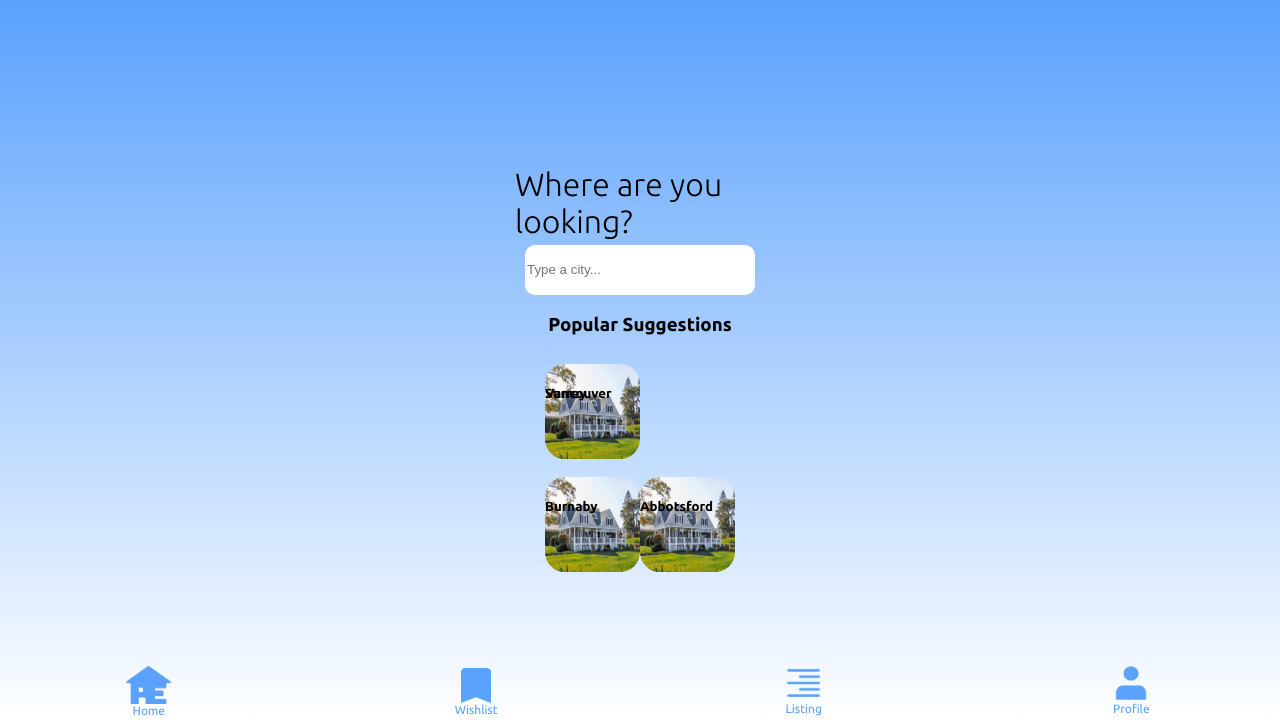
Repository: msyukurrr/realeasy
Page: /listing
These files come from the project's save history. The page is drawn as it stood at one moment and after a run of saves; the edit follows.
The browser window is 1280 px wide. The pictures show the whole page.
The project was rebuilt for these pictures with package versions that can differ from the ones it lists, and the page was loaded fresh each time. The framework's server and built-in components were replaced by stand-ins that run in the browser. Also part of the build but not shown: next.config.js, components/Button.js.

Above is the page before, as saved 2023-01-27 20:39:23.

### pages/listing.js
import Heading from "../components/Heading";
import NavBar from "../components/NavBar";
import styles from "../styles/Home.module.css"
import MainButton from "../components/Button.js";
import styled from "styled-components";



export default function Listing({

}){
    return(
        <><div className={styles.listing}>

        <Heading headingtxt="Where are you looking?"/>

        <input placeholder="Type a city..." style={{width:230, height:50, borderRadius:10, backgroundColor:"white", border:'transparent'}}></input>

        <h3>Popular Suggestions</h3>

    <div>

        <div style={{display:'flex', flexDirection:'row', paddingTop:10, paddingBottom:15}}>
            <div>
                <h5 style={{display:'flex', position:'absolute'}}>Vancouver</h5>

            </div>

            <div>
                <h5 style={{display:'flex', position:'absolute'}}>Surrey</h5>
                <img src="house.png" style={{width:95, height:95, borderRadius:20}}/>

            </div>
        </div>

        <div style={{display:'flex', flexDirection:'row'}}>
            <div>
                <h5 style={{display:'flex', position:'absolute'}}>Burnaby</h5>
                <img src="house.png" style={{width:95, height:95, borderRadius:20}}/>

            </div>

            <div>
                <h5 style={{display:'flex', position:'absolute'}}>Abbotsford</h5>
                <img src="house.png" style={{width:95, height:95, borderRadius:20}}/>

            </div>
        </div>

    </div>






        </div>
        <NavBar></NavBar>

        </>
    )
}

### styles/globals.css
@import url('https://fonts.googleapis.com/css2?family=Ubuntu:ital,wght@0,300;0,400;0,500;0,700;1,300;1,400;1,500;1,700&display=swap');

html,
body {
  padding: 0;
  margin: 0;
  font-family: "Ubuntu", sans-serif;
  background-color: #E6EEF8;
}

a {
  color: inherit;
  text-decoration: none;
}

* {
  box-sizing: border-box;
}

@media (prefers-color-scheme: dark) {
  html {
    color-scheme: dark;
  }
  body {
    color: white;
    background: E6EEF8;
  }
}

### components/Heading.js
import styled from "styled-components";

const Container = styled.div`
display: flex;
margin-left: 50px;
width: 300px;
height: 100px;

`

const Word = styled.h1`

color: ${props=>props.color};
font-weight: ${props=>props.fontweight};
`

export default function Heading({
    h1="Recommended by people around you",
    fw="300",
    color="#5AA1FD",
    headingtxt="Recommended by people around you"
}){
    return<>
    <Container>
    <Word fontweight={fw}
    >{headingtxt}</Word>
    </Container>
    </>
}

### components/NavBar.js
import styled from "styled-components";
import Link from "next/link";

const NavBarCont = styled.div`
position: fixed;
bottom: 0;
width: 100%;
`
const NavCont = styled.nav`
display: flex;
justify-content: space-around;
width: 100%;
background-color: transparent;
height: 60px;
`
const HomeCont = styled.div`
width: 50px;
height: 50px;
display:flex;
flex-direction: column;
justify-content: center;
align-items: center;
margin-top: ${props=>props.margintop};
`
const WishlistCont = styled.div`
width: 50px;
height: 50px;
display:flex;
flex-direction: column;
justify-content: center;
align-items: center;
margin-left: 30px;
margin-top: ${props=>props.margintop};
margin-bottom: ${props=>props.marginbottom};
`
const ListingCont = styled.div`
width: 50px;

display:flex;
flex-direction: column;
justify-content: center;
align-items: center;
margin-left: 30px;
margin-top: ${props=>props.margintop};
`
const ProfileCont = styled.div`
display:flex;
margin-left: 30px;
margin-top: ${props=>props.margintop};
`

const Icon = styled.img`
display: flex;
justify-content: center;
height: ${props=>props.height};
width: ${props=>props.width};
display: flex;
`

const NavList = styled.span`
display: flex;
align-self: center;
color: #5AA1FD;
font-size: 12px;
`


export default function NavBar({
    mt="5px",
    mb=""
}){
    return <NavBarCont>
    <NavCont>
        <Link href="/">
            <HomeCont margintop="6px">
                <Icon src='./logo.png' height="45px" width="45px"/>
                <NavList>Home</NavList>
            </HomeCont>
        </Link>
        <Link href="/wishlist">
            <WishlistCont margintop="7px">
                <Icon src='./wishlist.png' height="35px" width="30px"></Icon>
                <NavList>Wishlist</NavList>
            </WishlistCont>
        </Link>
        <Link href="/listing">
            <ListingCont margintop="4px">
                <Icon src='./listing.png' height="38px" width="45px"></Icon>
                <NavList>Listing</NavList>
            </ListingCont>
        </Link>
        <Link href="/profile">
            <ListingCont margintop="4px">
                <Icon src='./user.png' height="38px" width="40px"></Icon>
                <NavList>Profile</NavList>
            </ListingCont>
        </Link>
    </NavCont>
    </NavBarCont>
}

### styles/Home.module.css
.container {
  padding: 0 2rem;
}

.main {
  min-height: 100vh;
  padding: 4rem 0;
  flex: 1;
  display: flex;
  flex-direction: column;
  justify-content: center;
  align-items: center;
}


.listing {
  min-height: 100vh;
  padding: 4rem 0;
  flex: 1;
  display: flex;
  flex-direction: column;
  justify-content: center;
  align-items: center;
  background-image: linear-gradient(#5AA1FD, white);
}

.footer {
  display: flex;
  flex: 1;
  padding: 2rem 0;
  border-top: 1px solid #eaeaea;
  justify-content: center;
  align-items: center;
}

.footer a {
  display: flex;
  justify-content: center;
  align-items: center;
  flex-grow: 1;
}

.title a {
  color: #0070f3;
  text-decoration: none;
}

.title a:hover,
.title a:focus,
.title a:active {
  text-decoration: underline;
}

.title {
  margin: 0;
  line-height: 1.15;
  font-size: 4rem;
}

.title,
.description {
  text-align: center;
}

.description {
  margin: 4rem 0;
  line-height: 1.5;
  font-size: 1.5rem;
}

.code {
  background: #fafafa;
  border-radius: 5px;
  padding: 0.75rem;
  font-size: 1.1rem;
  font-family: Menlo, Monaco, Lucida Console, Liberation Mono, DejaVu Sans Mono,
    Bitstream Vera Sans Mono, Courier New, monospace;
}

.grid {
  display: flex;
  align-items: center;
  justify-content: center;
  flex-wrap: wrap;
  max-width: 800px;
}

.card {
  margin: 1rem;
  padding: 1.5rem;
  text-align: left;
  color: inherit;
  text-decoration: none;
  border: 1px solid #eaeaea;
  border-radius: 10px;
  transition: color 0.15s ease, border-color 0.15s ease;
  max-width: 300px;
}

.card:hover,
.card:focus,
.card:active {
  color: #0070f3;
  border-color: #0070f3;
}

.card h2 {
  margin: 0 0 1rem 0;
  font-size: 1.5rem;
}

.card p {
  margin: 0;
  font-size: 1.25rem;
  line-height: 1.5;
}

.logo {
  height: 1em;
  margin-left: 0.5rem;
}

@media (max-width: 600px) {
  .grid {
    width: 100%;
    flex-direction: column;
  }
}

@media (prefers-color-scheme: dark) {
  .card,
  .footer {
    border-color: #222;
  }
  .code {
    background: #111;
  }
  .logo img {
    filter: invert(1);
  }
}

Loaded but not shown: pages/_app.js (common file)

After the next 3 saves:
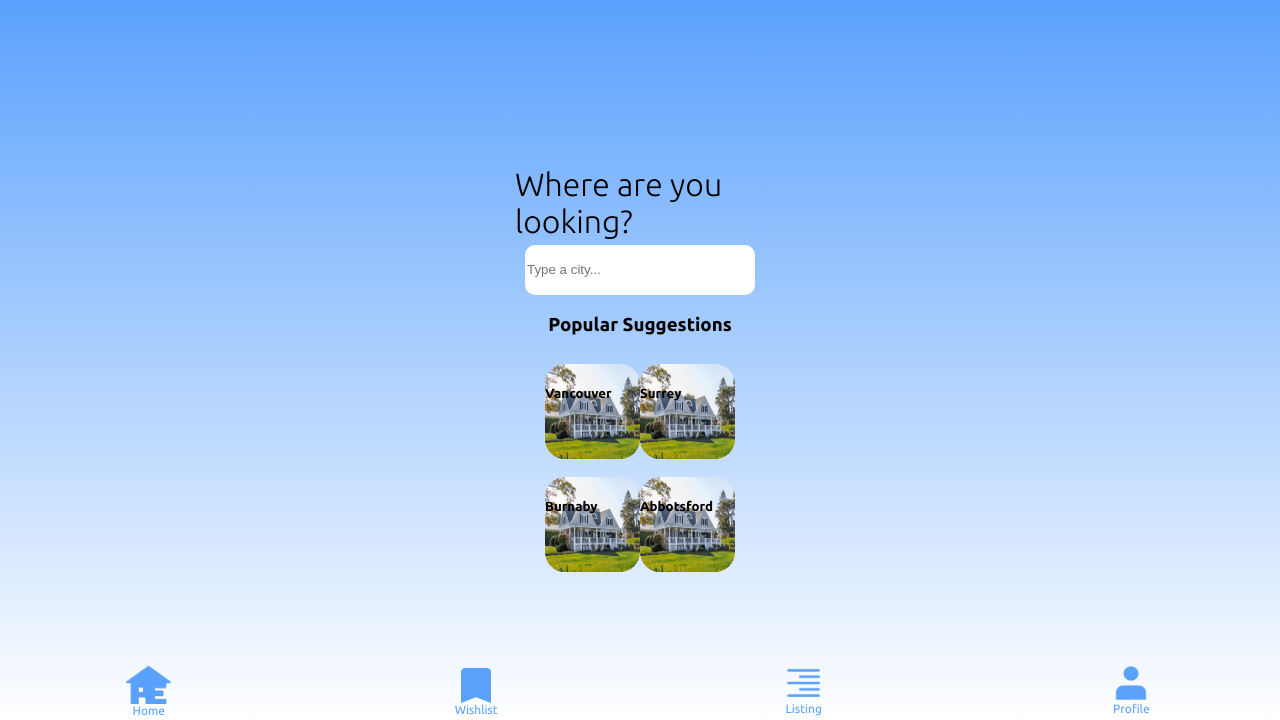
The 3 saves are shown as one change because they came seconds apart.
The last was saved 12 s later.
--- a/pages/listing.js
+++ b/pages/listing.js
@@ -23,6 +23,7 @@ export default function Listing({
         <div style={{display:'flex', flexDirection:'row', paddingTop:10, paddingBottom:15}}>
             <div>
                 <h5 style={{display:'flex', position:'absolute'}}>Vancouver</h5>
+                <img src="house.png" style={{width:95, height:95, borderRadius:20}}/>
 
             </div>
 
